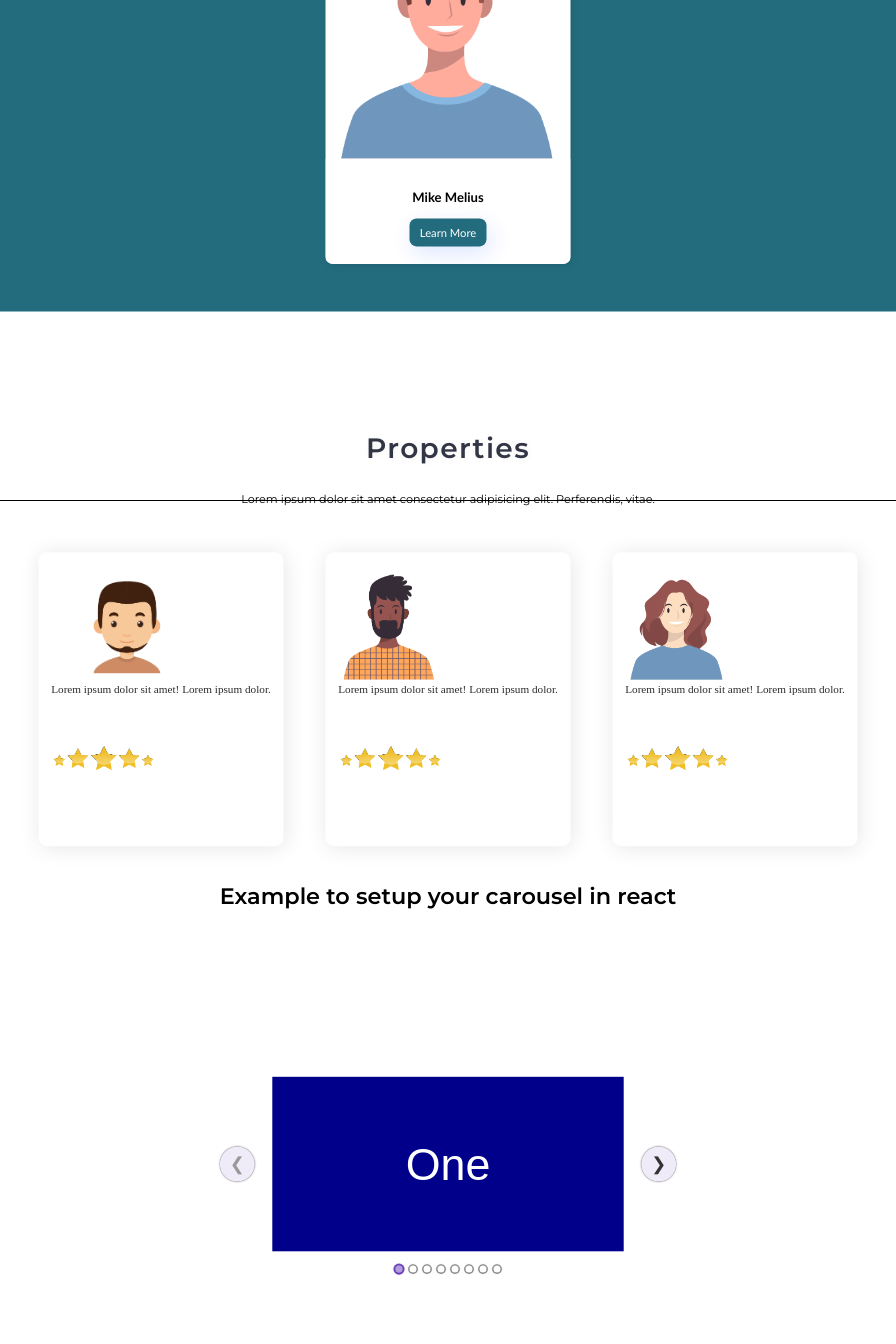
Repository: gabe126679/Mikes-site
Page: /
These files come from the project's save history. The page is drawn as it stood at one moment and after the next save; the edit follows.
The browser window is 1280 px wide. The pictures show the part of the page from y = 2190 to 4110 px (the page is 4672 px tall), at 70% of full size.
Some web libraries are served in a nearby version. The project was rebuilt for these pictures with package versions that can differ from the ones it lists, and the page was loaded fresh each time.

Above is the page before, as saved 2022-04-19 11:40:10.

After the next save:
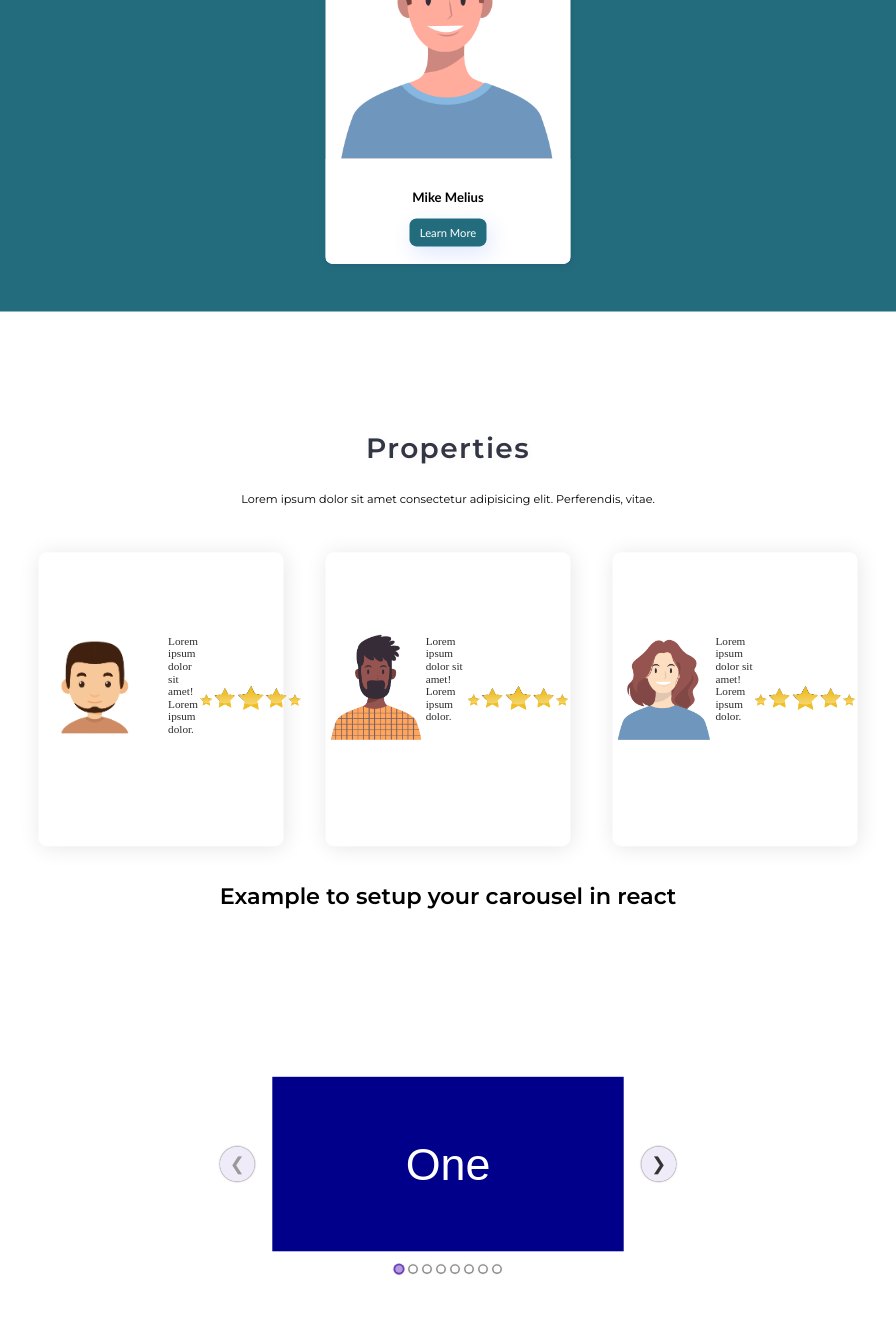
Saved 26 s later.
--- a/src/index.css
+++ b/src/index.css
@@ -336,7 +336,10 @@ nav .menu-btn,
 	border-radius: 10px;
 	margin-top: 70px;
 }
-
+.container-reviews {
+  display: flex;
+  justify-content: center;
+}
 
 .p-heading{
 
